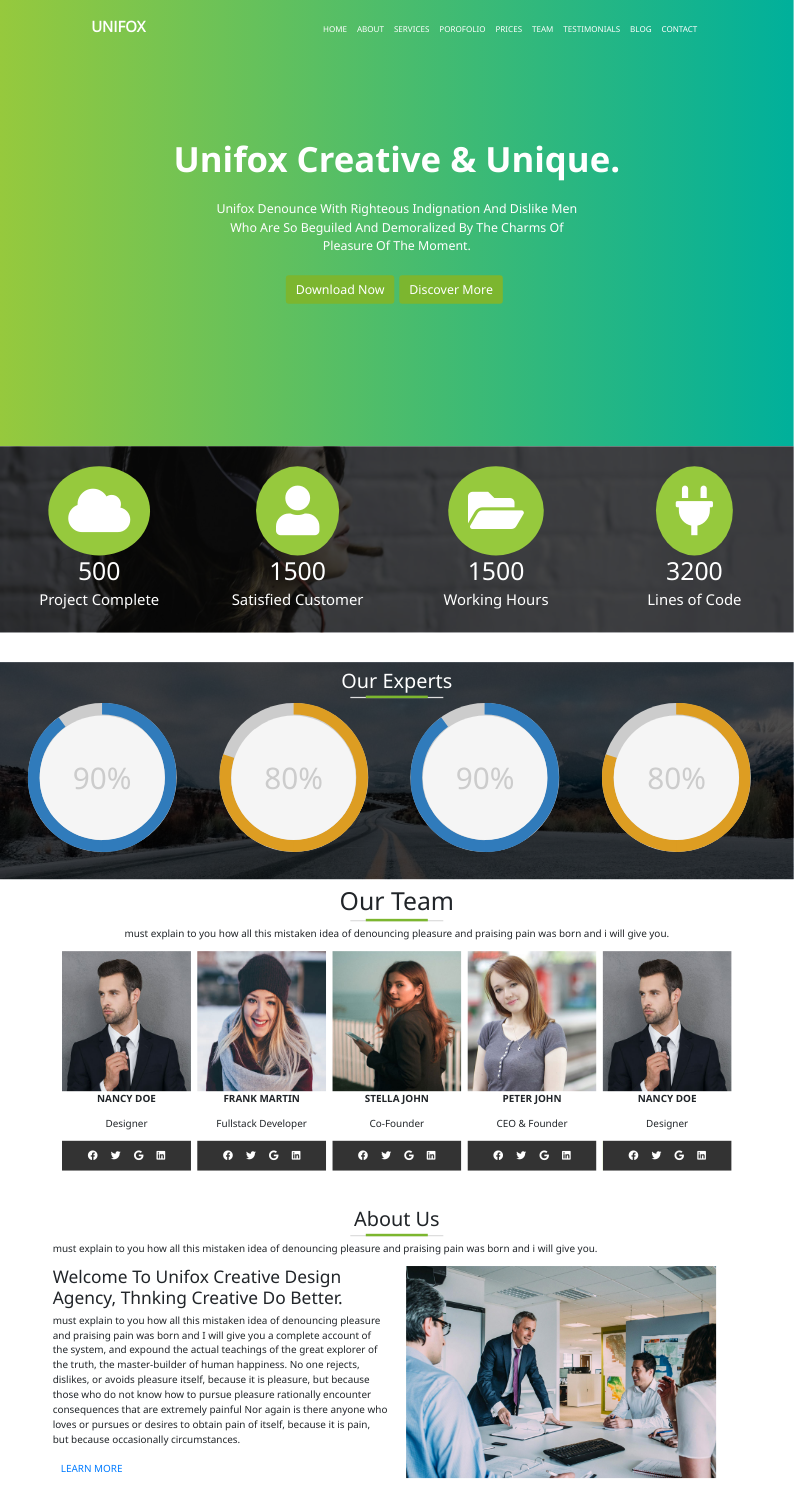
Repository: ibrkhalil/Uniforce-First-Attempt
Page: index.html
The author's editor kept a copy of each file at every save. The page is drawn from the files as they stood at one save, then again after the next save.
The browser window is 1280 px wide. The pictures show the whole page, at 62% of full size.
Backgrounds fixed to the window are drawn as part of the page.

Above is the page before, as saved 2021-01-24 02:31:44.

### index.html
<!DOCTYPE html>
<html lang="en">
  <head>
    <meta charset="UTF-8" />
    <link rel="stylesheet" href="./bootstrap.min.css" />
    <link rel="stylesheet" href="owl.carousel.css" />
    <link rel="preconnect" href="https://fonts.gstatic.com" />
    <link rel="stylesheet" href="./jquery-ui.css" />
    <link
      rel="stylesheet"
      href="https://use.fontawesome.com/releases/v5.15.2/css/all.css"
      integrity="sha384-vSIIfh2YWi9wW0r9iZe7RJPrKwp6bG+s9QZMoITbCckVJqGCCRhc+ccxNcdpHuYu"
      crossorigin="anonymous"
    />
    <link rel="stylesheet" href="./circle.css" />
    <link
      href="https://fonts.googleapis.com/css2?family=Open+Sans&display=swap"
      rel="stylesheet"
    />
    <link rel="stylesheet" href="style.css" />
    <meta name="viewport" content="width=device-width, initial-scale=1.0" />
    <title>Unifox</title>
  </head>

  <body>
    <div class="main-nav">
      <nav
        class="navbar navbar-expand-lg justify-content-around sticky-top navbar-fixed-top"
      >
        <!-- <div class="container"> -->
        <a class="navbar-brand" href="#"><h3 class="unifox">UNIFOX</h3></a>
        <button
          class="navbar-toggler"
          type="button"
          data-toggle="collapse"
          data-target="#navbarSupportedContent"
          aria-controls="navbarSupportedContent"
          aria-expanded="false"
          aria-label="Toggle navigation"
        >
          <span class="fa fa-bars fa-3x"></span>
        </button>
        <div class="">
          <div class="nav-items">
            <div class="collapse navbar-collapse" id="navbarSupportedContent">
              <ul class="navbar-nav mr-auto">
                <li class="item">
                  <a class="nav-link active" href="#">HOME</a>
                </li>
                <li class="nav-item"><a class="nav-link" href="#">ABOUT</a></li>
                <li class="nav-item">
                  <a class="nav-link" href="#">SERVICES</a>
                </li>
                <li class="nav-item">
                  <a class="nav-link" href="#">POROFOLIO</a>
                </li>
                <li class="nav-link"><a href="#">PRICES</a></li>
                <li class="nav-link"><a href="#">TEAM</a></li>
                <li class="nav-link"><a href="#">TESTIMONIALS</a></li>
                <li class="nav-link"><a href="#">BLOG</a></li>
                <li class="nav-link"><a href="#">CONTACT</a></li>
              </ul>
            </div>
          </div>
        </div>

        <!-- </div> -->
      </nav>

      <!-- nav end -->

      <div class="jumbotron">
        <h1 class="display-4 jumbo-main-text">
          <strong>Unifox Creative & Unique.</strong>
        </h1>
        <p class="lead jumbo-subtext">
          Unifox Denounce With Righteous Indignation And Dislike Men Who Are So
          Beguiled And Demoralized By The Charms Of Pleasure Of The Moment.
        </p>

        <div class="jumbo-btns">
          <p class="lead">
            <a class="btn jumbo-btn btn-primary btn-lg" href="#" role="button"
              >Download Now</a
            >
          </p>
          <p class="lead">
            <a class="btn jumbo-btn btn-primary btn-lg" href="#" role="button"
              >Discover More</a
            >
          </p>
        </div>
      </div>
      <!-- jumbotron end -->
      <!-- heading end -->
    </div>
    <div class="counting-number parallax">
      <div class="container-fluid">
        <div class="row">
          <div class="col-md-3">
            <i class="fa counting-icon fa-cloud fa-5x"></i>
            <h1 class="counter" data-count="500">0</h1>
            <h4>Project Complete</h4>
          </div>
          <div class="col-md-3">
            <i class="fa counting-icon fa-user fa-5x"></i>
            <h1 class="counter" data-count="1500">0</h1>
            <h4>Satisfied Customer</h4>
          </div>
          <div class="col-md-3">
            <i class="fa counting-icon fa-folder-open fa-5x"></i>
            <h1 class="counter" data-count="1500">0</h1>
            <h4>Working Hours</h4>
          </div>
          <div class="col-md-3">
            <i class="fa counting-icon fa-plug fa-5x"></i>
            <h1 class="counter" data-count="3200">0</h1>
            <h4>Lines of Code</h4>
          </div>
        </div>
      </div>
    </div>

    <br />
    <br />

    <!-- Counting number div -->
    <div class="our-experts-main">
      <h2 class="our-experts-word line">Our Experts</h2>

      <div class="our-experts">
        <div class="clearfix circular-icons">
          <div class="c100 p90 big blue">
            <span>90%</span>
            <div class="slice">
              <div class="bar"></div>
              <div class="fill"></div>
            </div>
          </div>
          <div class="c100 p80 big orange">
            <span>80%</span>
            <div class="slice">
              <div class="bar"></div>
              <div class="fill"></div>
            </div>
          </div>
          <div class="c100 p90 big blue">
            <span>90%</span>
            <div class="slice">
              <div class="bar"></div>
              <div class="fill"></div>
            </div>
          </div>

          <div class="c100 p80 big orange">
            <span>80%</span>
            <div class="slice">
              <div class="bar"></div>
              <div class="fill"></div>
            </div>
          </div>
        </div>
        <!-- /green -->

        <!-- orange -->
        <div class="clearfix"></div>
      </div>
    </div>

    <!-- experts end -->

    <div class="our-team">
      <div class="container">
        <div class="our-team-text">
          <h1 class="line">Our Team</h1>

          <p>
            must explain to you how all this mistaken idea of denouncing
            pleasure and praising pain was born and i will give you.
          </p>
        </div>
        <div class="top-content">
          <div class="container-fluid">
            <div class="owl-carousel owl-theme">
              <div class="item">
                <img
                  src="./images/1 (1).jpg"
                  class="img-fluid mx-auto d-block"
                  alt="img1"
                />
                <strong class="team-member-name">
                  <p>STELLA JOHN</p>
                </strong>
                <p>Co-Founder</p>
                <div class="social-media-icons" data-content="Link Hover">
                  <div
                    class="container d-flex justify-content-around align-items-center"
                  >
                    <i class="fab fa-facebook"></i>
                    <i class="fab fa-twitter"></i>
                    <i class="fab fa-google"></i>
                    <i class="fab fa-linkedin"></i>
                  </div>
                </div>
              </div>

              <div class="item">
                <img
                  src="./images/2 (1).jpg"
                  class="img-fluid mx-auto d-block"
                  alt="img2"
                />
                <strong class="team-member-name">
                  <p>PETER JOHN</p>
                </strong>
                <p>CEO & Founder</p>
                <div class="social-media-icons">
                  <div
                    class="container d-flex justify-content-around align-items-center"
                  >
                    <i class="fab fa-facebook"></i>
                    <i class="fab fa-twitter"></i>
                    <i class="fab fa-google"></i>
                    <i class="fab fa-linkedin"></i>
                  </div>
                </div>
              </div>

              <div class="item">
                <img
                  src="./images/3 (1).jpg"
                  class="img-fluid mx-auto d-block"
                  alt="img3"
                />
                <strong class="team-member-name">
                  <p>NANCY DOE</p>
                </strong>
                <p>Designer</p>
                <div class="social-media-icons">
                  <div
                    class="container d-flex justify-content-around align-items-center"
                  >
                    <i class="fab fa-facebook"></i>
                    <i class="fab fa-twitter"></i>
                    <i class="fab fa-google"></i>
                    <i class="fab fa-linkedin"></i>
                  </div>
                </div>
              </div>

              <div class="item">
                <img
                  src="./images/4.jpg"
                  class="img-fluid mx-auto d-block"
                  alt="img4"
                />
                <strong class="team-member-name">
                  <p>FRANK MARTIN</p>
                </strong>
                <p>Fullstack Developer</p>
                <div class="social-media-icons">
                  <div
                    class="container d-flex justify-content-around align-items-center"
                  >
                    <i class="fab fa-facebook"></i>
                    <i class="fab fa-twitter"></i>
                    <i class="fab fa-google"></i>
                    <i class="fab fa-linkedin"></i>
                  </div>
                </div>
              </div>
            </div>
          </div>
        </div>
      </div>
    </div>
        <section class="about-section my-5 green-bottom-border">
            <div class="container">
                <h2 class="line">About Us</h2>
                <p class="aligny-center">must explain to you how all this mistaken idea of denouncing pleasure and praising pain was born and i will give you.</p>
                <div class="row">
                    <div class="col-md-6"><h3>Welcome To <span class="green-color">Unifox Creative</span> Design Agency, Thnking Creative Do Better.</h3><p>must explain to you how all this mistaken idea of denouncing pleasure and praising pain was born and I will give you a complete account of the system, and expound the actual teachings of the great explorer of the truth, the master-builder of human happiness. No one rejects, dislikes, or avoids pleasure itself, because it is pleasure, but because those who do not know how to pursue pleasure rationally encounter consequences that are extremely painful Nor again is there anyone who loves or pursues or desires to obtain pain of itself, because it is pain, but because occasionally circumstances.</p>
                    <a href="#" class="btn">LEARN MORE</a>
                    </div>
                    <div class="col-md-6">
                        <img src="./about-bg.jpg" src="about" width="500px">
                    </div>
                </div>
            </div>
            </section>

    <script src="./jquery.js"></script>
    <script src="./jquery-ui.js"></script>
    <script src="./owl.carousel.js"></script>
    <script src="./owl.autoplay.js"></script>
    <script src="./bootstrap.js"></script>
    <script src="./script.js"></script>
  </body>
</html>

### style.css
*{
    margin: 0;
    padding: 0;
}
body{
    font-family: 'Segoe UI', Tahoma, Geneva, Verdana, sans-serif;
}
.nav-items{
    display: flex;
    width: 100%;
    justify-content: space-between;
}

.main-nav h3{
    font-family: 'Open Sans', sans-serif;
    font-weight: bold;
    font-size: x-large;
}
.main-nav{
    transition: all 200ms;
    font-size: small;
    background: linear-gradient(to right, #96c93d, #00b09b);
    height: 100vh;
}
.main-nav a{
    text-decoration: none;
    color: white;
    border: none;
}
 .main-nav li, .main-nav h3 {
    margin-top: 1rem;
}
.circular-icons{
    display: flex;
    justify-content: space-between;
}
.jumbotron{
    text-align: center;
    margin-top: 5rem;
    color: white;
    background-color: transparent;
}
.jumbo-btn{
    background-color: #7CB62F;
}

.navbar-fixed-top a:hover{
    color: #3e3e3e;
}
.navbar-fixed-top.scrolled {
    width: 100vw;
    background-color: #fff !important;
    /* padding: 0.5rem 0; */
    /* transition: all 200ms ease; */

  }
/* .navbar-fixed-top.scrolled  a{
    color: black;

  } */
  .navbar-fixed-top.scrolled  a:hover{
    color: gray;

  }
.jumbo-btns{
    display: flex;
    justify-content: center;
}
.jumbo-subtext{

    margin: 2rem auto;
    width: 50%;
}
.jumbo-main-text{
font-weight: 400;
}
.jumbo-btns p{
   margin-right: 0.5rem;
}
.lead-btns a{
    display: flex;
    border: none;
}
.parallax {
    background-image: url("./fun_facts_bg.jpg");
    height: 300px;
    background-blend-mode: overlay;
    background-attachment: fixed;
    background-position: center;
    background-repeat: no-repeat;
    background-size: cover;
    background-color: rgba(0, 0, 0,0.7);
    color: white;
    text-align: center;
    display: flex;
    align-items: center;
  }
  .parallax img {
      height: 300px;
      object-fit: cover;
  }
  .counting-icon{
      padding: 2rem;
      background-color: #96c93d ;
      border-radius: 50%;
  }
.jumbo-btn:hover{
    transition: 1s;
    background-color: black;
}
.line{
    position: relative;
    text-align: center;
    padding: 10px 0;
}
.line::after , .line::before{
    content: "";
    width: 100px;
    height: 4px;
    position: absolute;
    background-color: #7CB62F;
    left: 50%;
    transform: translate(-50%,0);
    bottom: 0;
}
.line::before{
    height: 2px;
    background-color: #ddd;
    width: 150px;
}


.clearfix:before,.clearfix:after {content: " "; display: table;}
.clearfix:after {clear: both;}
.clearfix {*zoom: 1;}


.our-experts-main{
    background-image: url("./skill-bg.jpg");
    height: 350px;
    background-blend-mode: overlay;
    background-attachment: fixed;
    background-position: center;
    background-repeat: no-repeat;
    background-size: cover;
    background-color: rgba(0, 0, 0,0.7);
    color: white;
}
.our-experts-main:first-child{
    display: flex;
    justify-content: center;
}
.our-experts h2{
    display: block !important;
}
.our-team{
    text-align: center;
}
@media (min-width: 768px) and (max-width: 991px) {
    /* Show 4th slide on md if col-md-4*/
    .carousel-inner .active.col-md-4.carousel-item + .carousel-item + .carousel-item + .carousel-item {
        position: absolute;
        top: 0;
        right: -33.3333%;  /*change this with javascript in the future*/
        z-index: -1;
        display: block;
        visibility: visible;
    }
}
@media (min-width: 576px) and (max-width: 768px) {
    /* Show 3rd slide on sm if col-sm-6*/
    .carousel-inner .active.col-sm-6.carousel-item + .carousel-item + .carousel-item {
        position: absolute;
        top: 0;
        right: -50%;  /*change this with javascript in the future*/
        z-index: -1;
        display: block;
        visibility: visible;
    }
}
@media (min-width: 576px) {
    .carousel-item {
        margin-right: 0;
    }
    /* show 2 items */
    .carousel-inner .active + .carousel-item {
        display: block;
    }
    .carousel-inner .carousel-item.active:not(.carousel-item-right):not(.carousel-item-left),
    .carousel-inner .carousel-item.active:not(.carousel-item-right):not(.carousel-item-left) + .carousel-item {
        transition: none;
    }
    .carousel-inner .carousel-item-next {
        position: relative;
        transform: translate3d(0, 0, 0);
    }
    /* left or forward direction */
    .active.carousel-item-left + .carousel-item-next.carousel-item-left,
    .carousel-item-next.carousel-item-left + .carousel-item,
    .carousel-item-next.carousel-item-left + .carousel-item + .carousel-item {
        position: relative;
        transform: translate3d(-100%, 0, 0);
        visibility: visible;
    }
    /* farthest right hidden item must be also positioned for animations */
    .carousel-inner .carousel-item-prev.carousel-item-right {
        position: absolute;
        top: 0;
        left: 0;
        z-index: -1;
        display: block;
        visibility: visible;
    }
    /* right or prev direction */
    .active.carousel-item-right + .carousel-item-prev.carousel-item-right,
    .carousel-item-prev.carousel-item-right + .carousel-item,
    .carousel-item-prev.carousel-item-right + .carousel-item + .carousel-item {
        position: relative;
        transform: translate3d(100%, 0, 0);
        visibility: visible;
        display: block;
        visibility: visible;
    }
}
/* MD */
@media (min-width: 768px) {
    /* show 3rd of 3 item slide */
    .carousel-inner .active + .carousel-item + .carousel-item {
        display: block;
    }
    .carousel-inner .carousel-item.active:not(.carousel-item-right):not(.carousel-item-left) + .carousel-item + .carousel-item {
        transition: none;
    }
    .carousel-inner .carousel-item-next {
        position: relative;
        transform: translate3d(0, 0, 0);
    }
    /* left or forward direction */
    .carousel-item-next.carousel-item-left + .carousel-item + .carousel-item + .carousel-item {
        position: relative;
        transform: translate3d(-100%, 0, 0);
        visibility: visible;
    }
    /* right or prev direction */
    .carousel-item-prev.carousel-item-right + .carousel-item + .carousel-item + .carousel-item {
        position: relative;
        transform: translate3d(100%, 0, 0);
        visibility: visible;
        display: block;
        visibility: visible;
    }
}
/* LG */
@media (min-width: 991px) {
    /* show 4th item */
    .carousel-inner .active + .carousel-item + .carousel-item + .carousel-item {
        display: block;
    }
    .carousel-inner .carousel-item.active:not(.carousel-item-right):not(.carousel-item-left) + .carousel-item + .carousel-item + .carousel-item {
        transition: none;
    }
    /* Show 5th slide on lg if col-lg-3 */
    .carousel-inner .active.col-lg-3.carousel-item + .carousel-item + .carousel-item + .carousel-item + .carousel-item {
        position: absolute;
        top: 0;
        right: -25%;  /*change this with javascript in the future*/
        z-index: -1;
        display: block;
        visibility: visible;
    }
    /* left or forward direction */
    .carousel-item-next.carousel-item-left + .carousel-item + .carousel-item + .carousel-item + .carousel-item {
        position: relative;
        transform: translate3d(-100%, 0, 0);
        visibility: visible;
    }
    /* right or prev direction //t - previous slide direction last item animation fix */
    .carousel-item-prev.carousel-item-right + .carousel-item + .carousel-item + .carousel-item + .carousel-item {
        position: relative;
        transform: translate3d(100%, 0, 0);
        visibility: visible;
        display: block;
        visibility: visible;
    }
}
.social-media-icons{
    color: white;
    padding: 1rem;
    /* clip-path: polygon(0 0, 0 0, 0% 100%, 0 100%); */
    /* background-size: 100% 0;y/ */
    /* width: 100%; */
    background: red; /* default color */

    /* "to left" / "to right" - affects initial color */
    background: linear-gradient(to left, #333 50%, #7CB62F 50%) right;
    background-size: 200%;
    transition: 1s ease;
}
.social-media-icons:hover{
    background-position:left;
}
.social-media-icons i{
    cursor: pointer;
}
.about-section p:first-of{
    text-align: center;
}
/* .social-media-icons::before{
    position: absolute; */
    /* content: attr(data-content); */
/* } */


.social-media-icons .fab:hover{
    transition: 1s;
    color: gold;
}
.carousel-item:nth-child(2){
    margin-bottom: 1rem;
}

@media screen and (max-width: 768px){
    /* .navbar-nav{ */
        .navbody{
        display: none;
        justify-content: center;
        width: 100vw;
        /* float: right; */
    }
}

Loaded but not shown: bootstrap.min.css (library); owl.carousel.css (library); jquery-ui.css (library); jquery.js (library); jquery-ui.js (library); owl.carousel.js (library); owl.autoplay.js (library); bootstrap.js (library); script.js (88 lines, source omitted); circle.css (879 lines, source omitted)

After the next save:
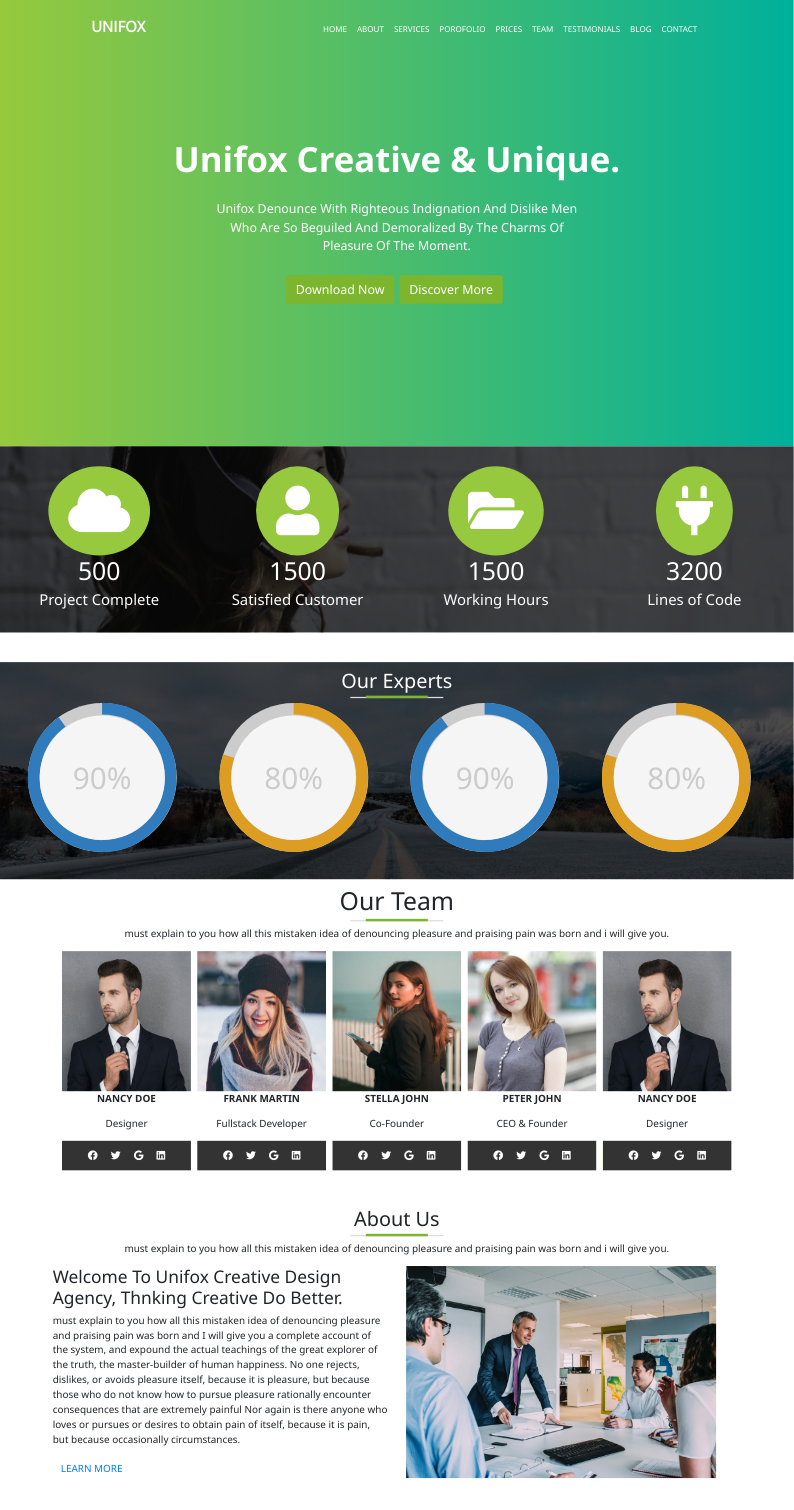
Saved 8 s later.
--- a/style.css
+++ b/style.css
@@ -302,7 +302,7 @@ font-weight: 400;
 .social-media-icons i{
     cursor: pointer;
 }
-.about-section p:first-of{
+.aligny-center{
     text-align: center;
 }
 /* .social-media-icons::before{
